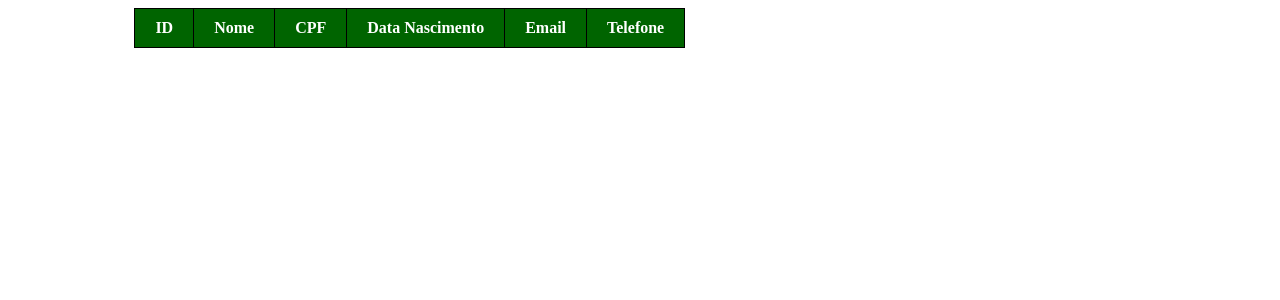
Repository: ujota/crud-cliente
Page: api-clientes/front/html/cliente.html
These files come from the project's save history. The page is drawn as it stood at one moment and after the next save; the edit follows.
The browser window is 1280 px wide. The pictures show the whole page.
The page's requests for data from a server got no answer.

Above is the page before, as saved 2022-10-03 04:15:08.

### api-clientes/front/html/cliente.html
<!DOCTYPE html>
<html lang="en">
<head>
    <meta charset="UTF-8">
    <meta http-equiv="X-UA-Compatible" content="IE=edge">
    <meta name="viewport" content="width=device-width, initial-scale=1.0">
    <title>Cliente</title>
    <link rel="stylesheet" href="../css/cliente.css">
</head>
<body>
    <form action="#">
        <div id="body"></div>
    </form>
</body>
    <script src="../scripts/cliente.js"></script>
</html>

### api-clientes/front/css/cliente.css
table{
	margin-left: 10%;
    border-collapse: collapse;
    border-spacing: 0;
}
th{
	background-color: darkgreen;
	color: white;
}
th, td{
	text-align: center;
	border:1px solid black;
    padding: 10px 20px;
}

### api-clientes/front/scripts/cliente.js
let table = document.createElement('table');


document.getElementById('body').appendChild(table);

let row_1 = document.createElement('tr');

let heading_1 = document.createElement('th');
heading_1.innerHTML = "ID";
let heading_2 = document.createElement('th');
heading_2.innerHTML = "Nome";
let heading_3 = document.createElement('th');
heading_3.innerHTML = "CPF";
let heading_4 = document.createElement('th');
heading_4.innerHTML = "Data Nascimento";
let heading_5 = document.createElement('th');
heading_5.innerHTML = "Email";
let heading_6 = document.createElement('th');
heading_6.innerHTML = "Telefone";

row_1.appendChild(heading_1);
row_1.appendChild(heading_2);
row_1.appendChild(heading_3);
row_1.appendChild(heading_4);
row_1.appendChild(heading_5);
row_1.appendChild(heading_6);
table.appendChild(row_1);

// let row_2 = document.createElement('tr');
// let row_2_data_1 = document.createElement('td');
// row_2_data_1.innerHTML = "1.";
// let row_2_data_2 = document.createElement('td');
// row_2_data_2.innerHTML = "João Pedro";
// let row_2_data_3 = document.createElement('td');
// row_2_data_3.innerHTML = "1997-01-31";
// let row_2_data_4 = document.createElement('td');
// row_2_data_4.innerHTML = "43495488820";
// let row_2_data_5 = document.createElement('td');
// row_2_data_5.innerHTML = "joao.silveerio@gmail.com";
// let row_2_data_6 = document.createElement('td');
// row_2_data_6.innerHTML = "11972247142";

// row_2.appendChild(row_2_data_1);
// row_2.appendChild(row_2_data_2);
// row_2.appendChild(row_2_data_3);
// row_2.appendChild(row_2_data_4);
// row_2.appendChild(row_2_data_5);
// row_2.appendChild(row_2_data_6);
// table.appendChild(row_2);






var my_headers = new Headers();
my_headers.append("Content-type", "application/json");


var requestOptions = {
	method: 'GET',
	headers: my_headers,
	redirect : 'follow'

};

fetch("http://localhost:8080/cliente",
requestOptions).then(reponse =>
    reponse.json())
	.then(result => {
        result.forEach((item, index, array)=>{
			let row_2 = document.createElement('tr');
			let row_2_data_1 = document.createElement('td');
			row_2_data_1.innerHTML = item["id"];
			let row_2_data_2 = document.createElement('td');
			row_2_data_2.innerHTML = item["nome"];
			let row_2_data_3 = document.createElement('td');
			row_2_data_3.innerHTML = item["cpf"];
			let row_2_data_4 = document.createElement('td');
			row_2_data_4.innerHTML = item["dataNascimento"];
			let row_2_data_5 = document.createElement('td');
			row_2_data_5.innerHTML = item["email"];
			let row_2_data_6 = document.createElement('td');
			row_2_data_6.innerHTML = item["telefone"];

			row_2.appendChild(row_2_data_1);
			row_2.appendChild(row_2_data_2);
			row_2.appendChild(row_2_data_3);
			row_2.appendChild(row_2_data_4);
			row_2.appendChild(row_2_data_5);
			row_2.appendChild(row_2_data_6);
			table.appendChild(row_2);

          })
		})
		.catch(error => alert(error))

After the next save:
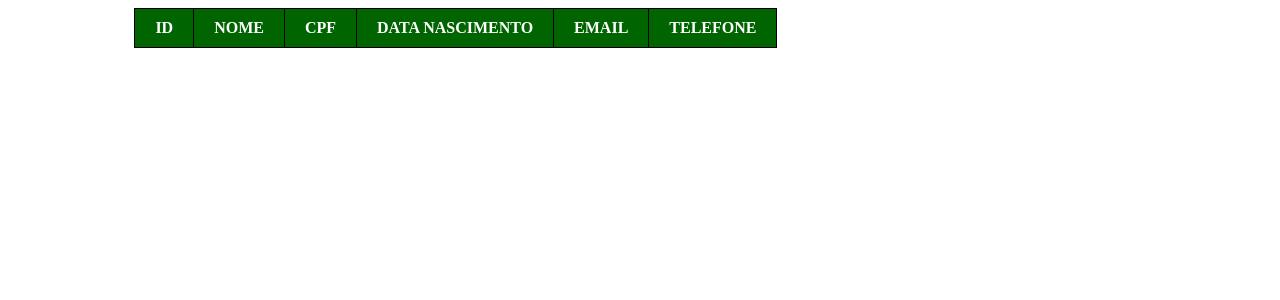
Saved 31 s later.
--- a/api-clientes/front/css/cliente.css
+++ b/api-clientes/front/css/cliente.css
@@ -8,6 +8,7 @@ th{
 	color: white;
 }
 th, td{
+	text-transform: uppercase;
 	text-align: center;
 	border:1px solid black;
     padding: 10px 20px;
